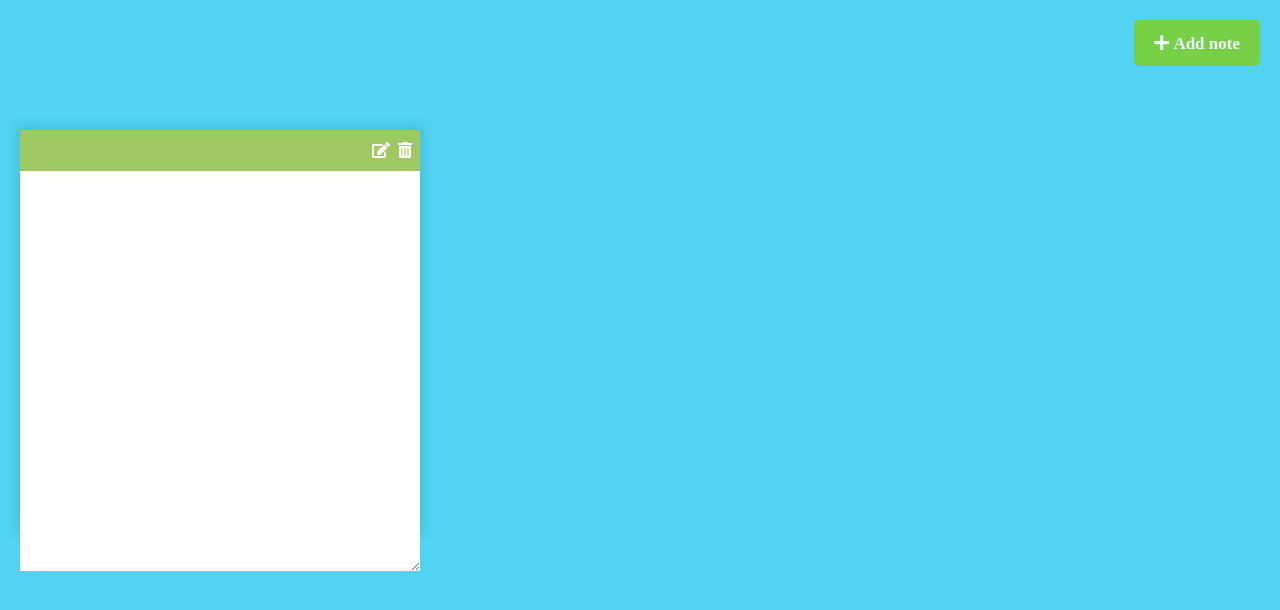
Repository: northpx/noteslist
Page: index.html
These files come from the project's save history. The page is drawn as it stood at one moment and after the next save; the edit follows.
The browser window is 1280 px wide. The pictures show the whole page.
Some web libraries are served in a nearby version.

Above is the page before, as saved 2023-01-08 09:46:10.

### index.html
<!DOCTYPE html>
<html lang="en">
<head>
    <meta charset="UTF-8">
    <meta http-equiv="X-UA-Compatible" content="IE=edge">
    <meta name="viewport" content="width=device-width, initial-scale=1.0">
    <link rel="stylesheet" href="https://cdnjs.cloudflare.com/ajax/libs/font-awesome/5.14.0/css/all.min.css"
    integrity="sha512-1PKOgIY59xJ8Co8+NE6FZ+LOAZKjy+KY8iq0G4B3CyeY6wYHN3yt9PW0XpSriVlkMXe40PTKnXrLnZ9+fkDaog=="
    crossorigin="anonymous" />
    <link rel="stylesheet" href="style.css">
    <title>Notes List</title>
</head>
<body>
    <button class="add" onclick="addNewNote()">
        <i class="fas fa-plus"> Add note</i>
    </button>
    <div class="note">
        <div class="tools">
            <button class="edit"><i class="fas fa-edit"></i></button>
            <button class="delete"><i class="fas fa-trash-alt"></i></button>
        </div>
        <div class="main ${text ? "" : "hidden"}"></div>
        <textarea class="${text ? "hidden" : ""}"></textarea>
    </div>
    <script src="script.js"></script>
</body>
</html>

### style.css
@import url('https://fonts.googleapis.com/css2?family=Poppins:ital,wght@0,200;0,300;0,400;0,500;0,600;0,700;0,800;0,900;1,200;1,300;1,400;1,500;1,600;1,700;1,800;1,900&family=Roboto:ital,wght@0,100;0,300;0,400;0,500;0,700;0,900;1,100;1,300;1,400;1,500;1,700;1,900&display=swap');

* {
    margin: 0;
    padding: 0;
    box-sizing: border-box;
    font-family: 'Poppins';
}

body {
    background-color: rgba(22, 198, 237, 0.747);
    display: flex;
    flex-wrap: wrap;
    padding: 100px 0px;
}

.add {
    position: fixed;
    top: 20px;
    right: 20px;
    background-color: rgb(120, 208, 72);
    border: none;
    color: aliceblue;
    border-radius: 5px;
    padding: 10px 20px;
    cursor: pointer;
    font-size: 17px;
    font-weight: 500;
}

.note {
    background-color: #fff;
    box-shadow: 0 0 10px 4px rgba(0, 0, 0, 0.1);
    margin: 30px 20px;
    height: 400px;
    width: 400px;
    /* display: none; */
    /* overflow-y: scroll; */
}

.note .tools {
    background-color: #9ec862;
    display: flex;
    justify-content: flex-end;
    padding: 0.5rem;
}

.note .tools button {
    background-color: transparent;
    border: none;
    color: #fff;
    cursor: pointer;
    font-size: 1rem;
    margin-left: 0.5rem;
}

.note textarea {
    outline: none;
    font-family: inherit;
    font-size: 1.2rem;
    border: none;
    height: 400px;
    width: 100%;
    padding: 20px;
}

### script.js
"use strict"
const addBtn = document.querySelector(".add")
function addNewNote(text='') {
    const note = document.createElement('div');
    note.classList.add('note');

    note.innerHTML = `
    <div class="tools">
        <button class="edit"><i class="fas fa-edit"></i></button>
        <button class="delete"><i class="fas fa-trash-alt"></i></button>
    </div>
    <div class="main ${text ? "" : "hidden"}"></div>
    <textarea class="${text ? "hidden" : ""}"></textarea>
    `;
}

After the next save:
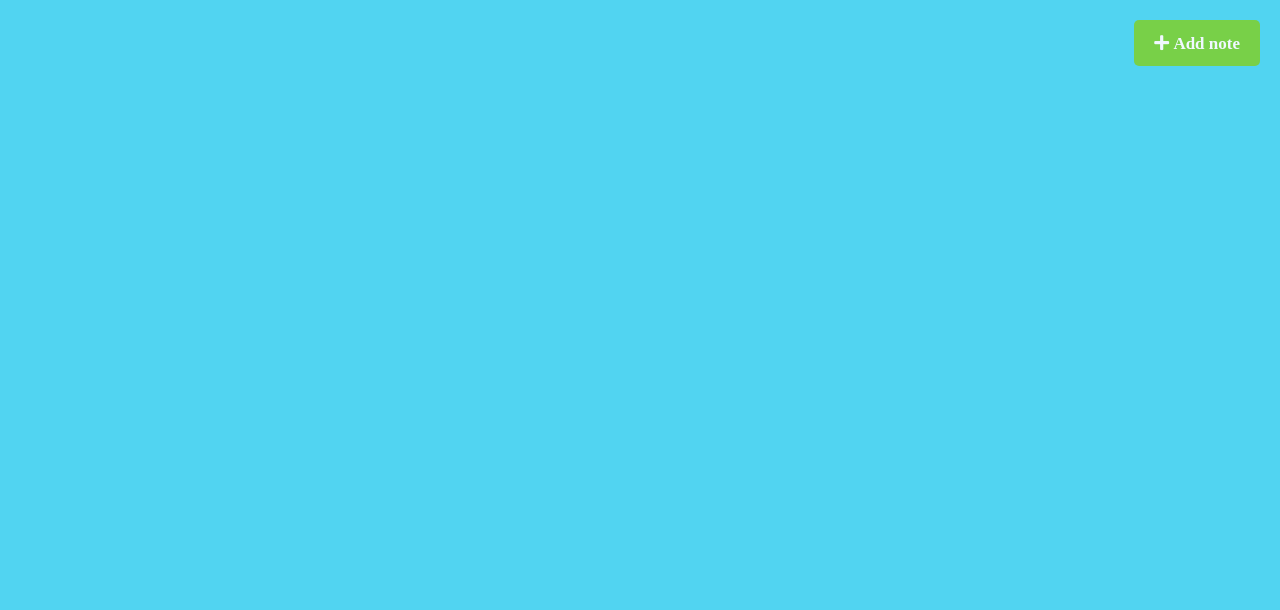
Saved 23 s later.
--- a/index.html
+++ b/index.html
@@ -14,14 +14,14 @@
     <button class="add" onclick="addNewNote()">
         <i class="fas fa-plus"> Add note</i>
     </button>
-    <div class="note">
+    <!-- <div class="note">
         <div class="tools">
             <button class="edit"><i class="fas fa-edit"></i></button>
             <button class="delete"><i class="fas fa-trash-alt"></i></button>
         </div>
         <div class="main ${text ? "" : "hidden"}"></div>
         <textarea class="${text ? "hidden" : ""}"></textarea>
-    </div>
+    </div> -->
     <script src="script.js"></script>
 </body>
 </html>
